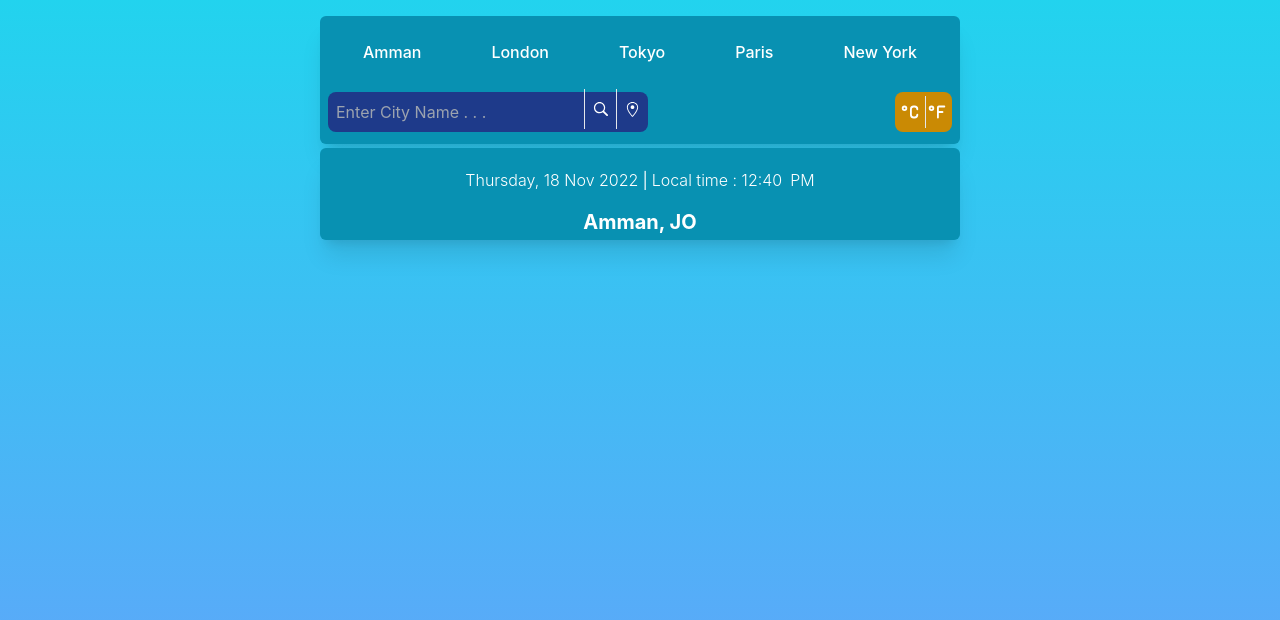
Repository: SaadYasin/next-js-forecast-tailwind
Page: /
These files come from the project's save history. The page is drawn as it stood at one moment and after the next save; the edit follows.
The browser window is 1280 px wide. The pictures show the whole page.
The project was rebuilt for these pictures with package versions that can differ from the ones it lists, and the page was loaded fresh each time. The framework's server and built-in components were replaced by stand-ins that run in the browser.

Above is the page before, as saved 2022-11-18 22:41:45.

After the next save:
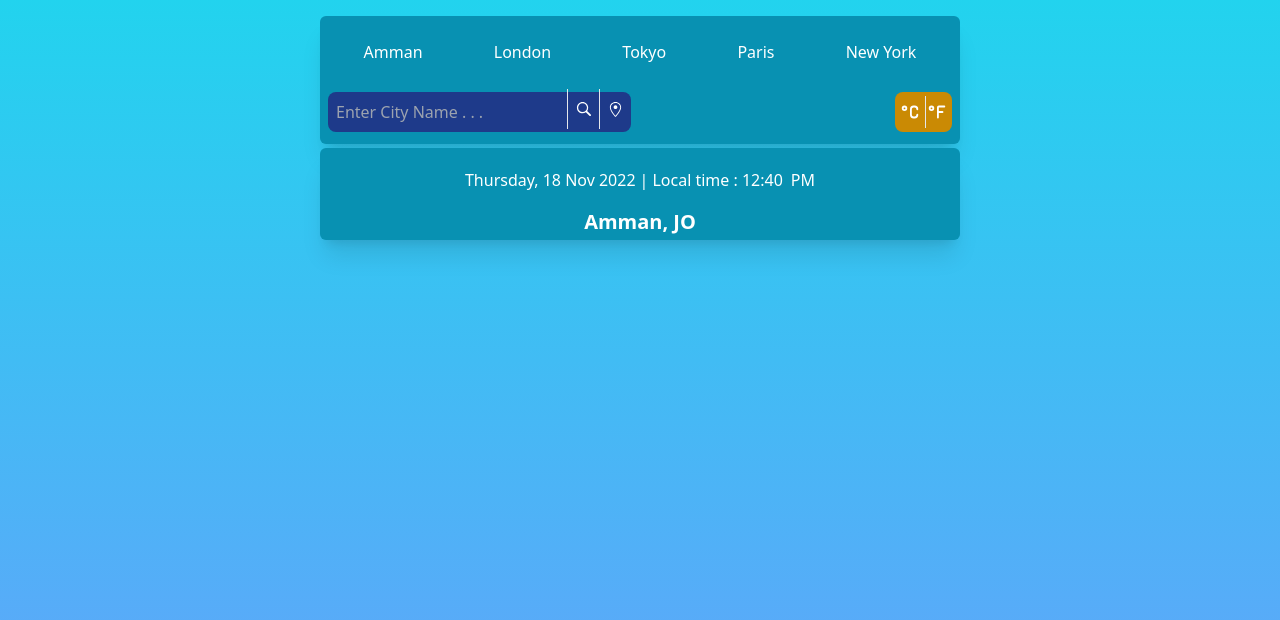
Saved 14 s later.
--- a/styles/globals.css
+++ b/styles/globals.css
@@ -15,6 +15,5 @@
   /* font-family: -apple-system, BlinkMacSystemFont, Segoe UI, Roboto, Oxygen,
     Ubuntu, Cantarell, Fira Sans, Droid Sans, Helvetica Neue, sans-serif; */
 
-  font-family: -apple-system, BlinkMacSystemFont, Segoe UI, Roboto, Oxygen,
-    Ubuntu, Cantarell, Fira Sans, Droid Sans, Helvetica Neue, sans-serif;
+  font-family: , sans-serif;
 }

After the 3 saves that followed:
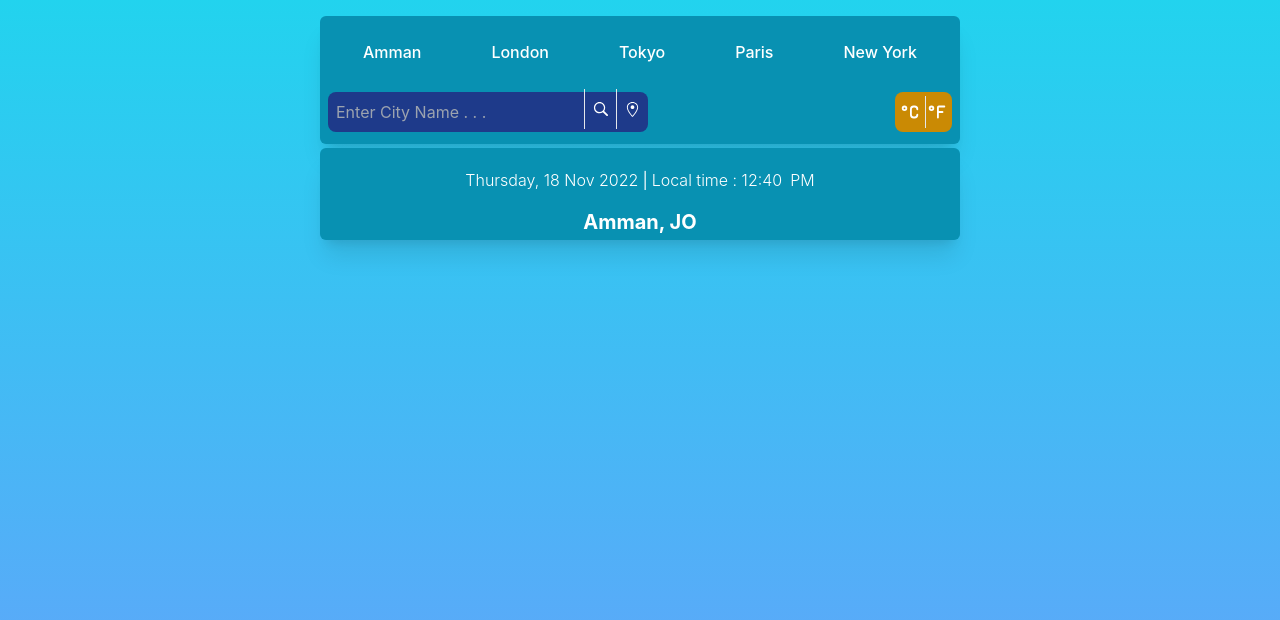
The 3 saves are shown as one change because 2 left the picture as it was.
The last was saved 46 s later.
--- a/styles/globals.css
+++ b/styles/globals.css
@@ -12,8 +12,8 @@
 
 html,
 body {
-  /* font-family: -apple-system, BlinkMacSystemFont, Segoe UI, Roboto, Oxygen,
-    Ubuntu, Cantarell, Fira Sans, Droid Sans, Helvetica Neue, sans-serif; */
+  font-family: -apple-system, BlinkMacSystemFont, Segoe UI, Roboto, Oxygen,
+    Ubuntu, Cantarell, Fira Sans, Droid Sans, Helvetica Neue, sans-serif;
 
-  font-family: , sans-serif;
+  /* font-family: system-ui, sans-serif; */
 }
